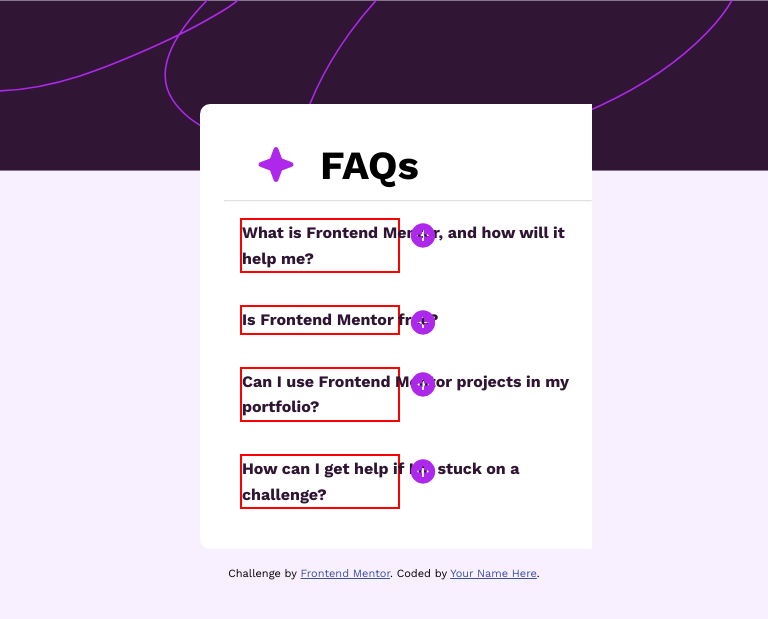
Repository: imokha01/accordion-main
Page: index.html
These files come from the project's save history. The page is drawn as it stood at one moment and after a run of saves; the edit follows.
The browser window is 768 px wide. The pictures show the whole page.

Above is the page before, as saved 2023-12-26 10:57:05.

### index.html
<!DOCTYPE html>
<html lang="en">
  <head>
    <meta charset="UTF-8" />
    <meta name="viewport" content="width=device-width, initial-scale=1.0" />
    <!-- displays site properly based on user's device -->
    <link rel="stylesheet" href="./index.css">
    <link
      rel="stylesheet"
      href="https://cdnjs.cloudflare.com/ajax/libs/font-awesome/6.5.1/css/all.min.css"
      integrity="sha512-DTOQO9RWCH3ppGqcWaEA1BIZOC6xxalwEsw9c2QQeAIftl+Vegovlnee1c9QX4TctnWMn13TZye+giMm8e2LwA=="
      crossorigin="anonymous"
      referrerpolicy="no-referrer"
    />
    <link
      rel="icon"
      type="image/png"
      sizes="32x32"
      href="./assets/images/favicon-32x32.png"
    />
    <link rel="preconnect" href="https://fonts.googleapis.com" />
    <link rel="preconnect" href="https://fonts.gstatic.com" crossorigin />
    <link
      href="https://fonts.googleapis.com/css2?family=Work+Sans:wght@400;600;700&display=swap"
      rel="stylesheet"
    />
    <title>Frontend Mentor | FAQ accordion</title>
    <!-- Feel free to remove these styles or customise in your own stylesheet 👍 -->
    <style>
      .attribution {
        font-size: 11px;
        text-align: center;
        margin-top: 1rem;
      }
      .attribution a {
        color: hsl(228, 45%, 44%);
      }
    </style>
  </head>
  <body>
    <div class="container">
      <div class="wrapper">
        <!-- first div content -->
        <main>
          <div id="header">
            <img src="./assets/images/icon-star.svg" alt="star-icon">
            <p id="headerpara">FAQs</p>
          </div>
          <hr>
          <div class="Div" id="div1">
            <div class="title">
              <p class="question">What is Frontend Mentor, and how will it help me?</p>
            </div>
            <div class="para">
              <p id="para1">
                Frontend Mentor offers realistic coding challenges to help developers
                improve their frontend coding skills with projects in HTML, CSS, and
                JavaScript. It's suitable for all levels and ideal for portfolio
                building.
              </p>
            </div>
          </div>
          <!-- second div content -->
          <div class="Div" id="div2">
            <div class="title">
              <p class="question">Is Frontend Mentor free?</p>
            </div>
            <div class="para">
              <p id="para2">
                Yes, Frontend Mentor offers both free and premium coding challenges,
                with the free option providing access to a range of projects suitable
                for all skill levels.
              </p>
            </div>
          </div>
          <!-- third div content -->
          <div class="Div" id="div3">
            <div class="title">
              <p class="question">Can I use Frontend Mentor projects in my portfolio?</p>
            </div>
            <div class="para">
              <p id="para3">
                Yes, you can use projects completed on Frontend Mentor in your
                portfolio. It's an excellent way to showcase your skills to potential
                employers!
              </p>
            </div>
          </div>
          <!-- fourth div content -->
          <div class="Div" id="div4">
            <div class="title">
              <p class="question">How can I get help if I'm stuck on a challenge?</p>
            </div>
            <div class="para">
              <p id="para4">
                The best place to get help is inside Frontend Mentor's Discord
                community. There's a help channel where you can ask questions and seek
                support from other community members.
              </p>
            </div>
          </div>
        </main>
        <!-- footer div -->
        <div class="attribution">
          Challenge by
          <a href="https://www.frontendmentor.io?ref=challenge" target="_blank"
            >Frontend Mentor</a
          >. Coded by <a href="#">Your Name Here</a>.
        </div>
      </div>
    </div>
    <script src="./index.js"></script>
  </body>
</html>

### index.css
:root {
    --White: hsl(0, 0%, 100%);
    --lightPink: hsl(275, 100%, 97%);
    --grayishPurple: hsl(292, 16%, 49%);
    --darkPurple:  hsl(292, 42%, 14%);
    --workSans: 'Work Sans', sans-serif;
}

* {
    margin: 0;
    padding:0;
    box-sizing: border-box;
}

body {
    font-size: 16px;
    font-family: var(--workSans);
    background-color: var(--lightPink);
    position: relative;
    line-height: 1.6;
}

.container  {
    background-image: url("./assets/images/background-pattern-desktop.svg");
    background-repeat: no-repeat;
    background-size: contain;
    display: flex;
    flex-direction: column;
    justify-content: center;
    align-items: center;
    overflow: hidden;
}

hr {
    background-color: var(--lightPink);
    margin-top: .7rem;
    opacity: 0.3;
}

.wrapper {
    width: 35rem;
    padding: 1.5rem;
    left: 30rem;
    border-radius: 10px;
    transition: height 0.5s ease-in 1ms;
    overflow: hidden;
}

main  {
    background-color: #fff;
    border-radius: 10px;
    padding: inherit;
    width: inherit;
    overflow: hidden;
    margin-top: 5rem;
    transition: height 0.5s ease-in 1ms;
    overflow: hidden;
}

#headerpara {
    font-size: 2.5rem;
    font-weight: 700;
    margin : -.6rem 1.5rem;

}

#header > img{
    padding-left: 2rem;
}

div#header {
    display: flex;
    flex-direction: row;
    justify-content: flex-start;
    align-items: flex-start;
    width: 10rem;
    margin-top: 1rem;
}

.Div {
    display: flex;
    flex-direction: column;
    justify-content: flex-start ;
    padding: 1rem;
    height: fit-content;
    transition: height 0.5s ease-in;

}

.title {
    display: flex;;
    justify-content: space-between;
}

.Div div  img {
    cursor: pointer;
}

.title p {
    font-weight: 700;
    color: var(--darkPurple);
    cursor: pointer;
    min-width: 350px;
}

.para {
    color: var(--grayishPurple);
    margin-top: 1.2rem;
    transition: height 0.5s ease-in 1s;
    overflow: hidden;
    display: none;
}

.title{
    position: relative;
    width: 90%;

}
.title::after{
    content:  url(./assets/images/icon-plus.svg);
    position: absolute;
    right: -40px;
}

.active::after{
    content: url(./assets/images/icon-minus.svg);
    right: -40px;

}

.active, .question:hover {
    content: "";
}

@media (max-width: 768px){
    .wrapper {
        width: 26rem;
    }

    .title  {
        border: 2px solid red;
        width: 10rem;
    }
}

### index.js
// const answer = document.getElementsByClassName("para");
const question = document.getElementsByClassName("title");

for (let i = 0; i < question.length; i++ ) {
    question[i].addEventListener("click", function(){
        this.classList.toggle("active");
        let active = this.addEventListener.nextElementSibling;
        let para = this.nextElementSibling;
        if(para.style.display === "block"){
            para.style.display = "none";
        } else {
            para.style.display = "block";
        }
    });
}





// var acc = document.getElementsByClassName("accordion");
// var i;

// for (i = 0; i < acc.length; i++) {
//   acc[i].addEventListener("click", function() {
//     /* Toggle between adding and removing the "active" class,
//     to highlight the button that controls the panel */
//     this.classList.toggle("active");

//     /* Toggle between hiding and showing the active panel */
//     var panel = this.nextElementSibling;
//     if (panel.style.display === "block") {
//       panel.style.display = "none";
//     } else {
//       panel.style.display = "block";
//     }
//   });
// }

After the next 2 saves:
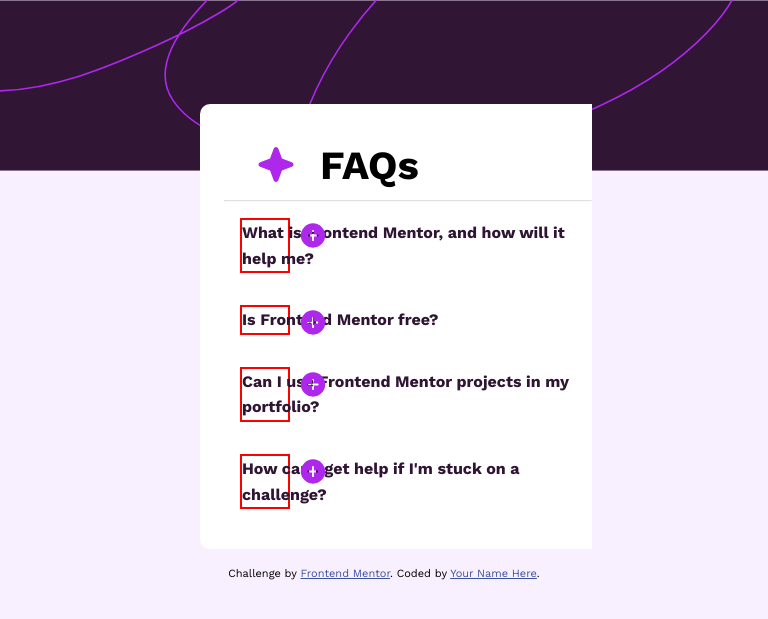
The 2 saves are shown as one change because they came seconds apart.
The last was saved 44 s later.
--- a/index.css
+++ b/index.css
@@ -139,6 +139,6 @@
 
     .title  {
         border: 2px solid red;
-        width: 10rem;
+        width: 5ch;
     }
 }
